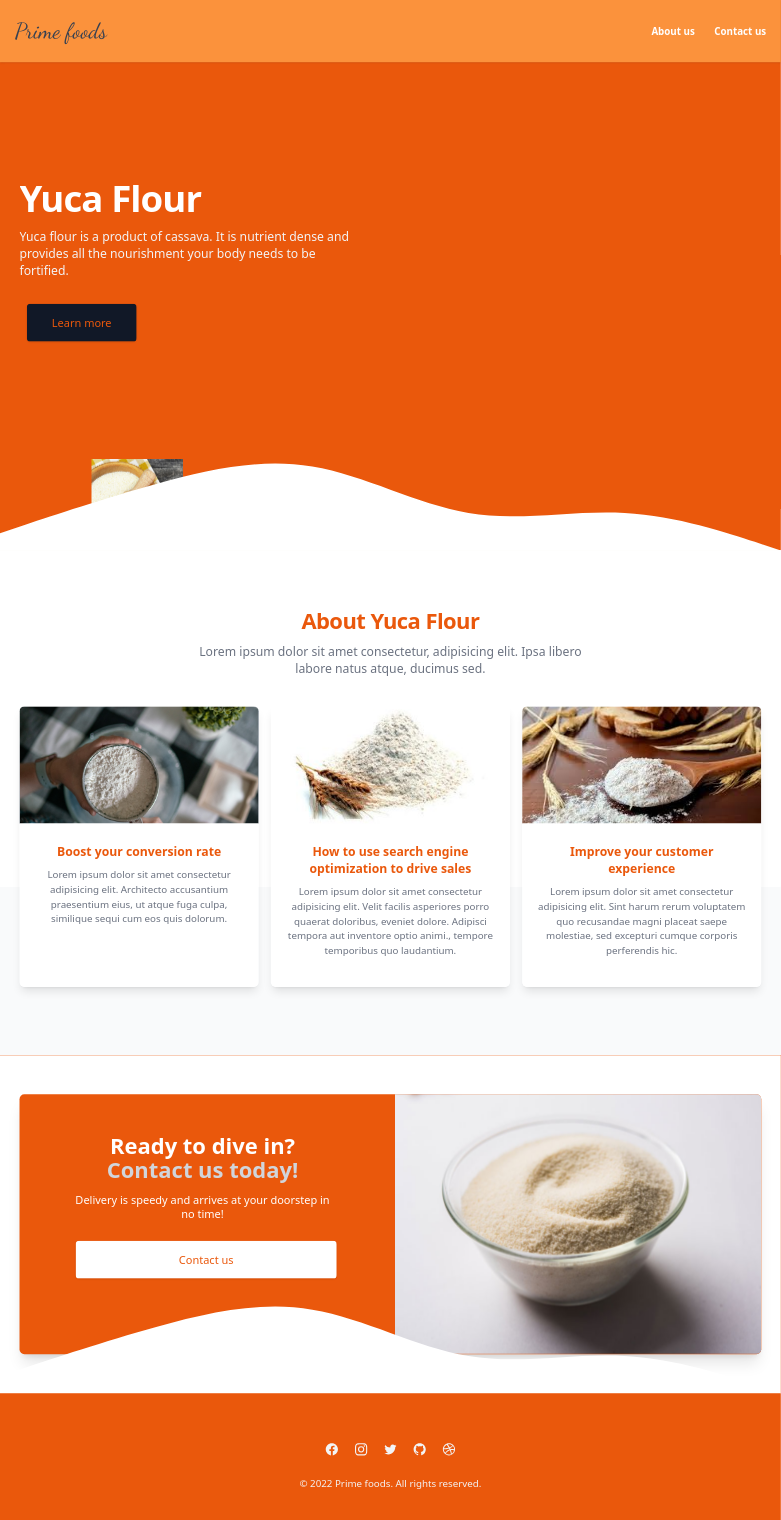
Repository: bellatrick/prime-foods
Page: /
These files come from the project's save history. The page is drawn as it stood at one moment and after the next save; the edit follows.
The browser window is 1280 px wide. The pictures show the whole page, at 61% of full size.
Some web fonts or font styles are not loaded; a fallback is used. The project was rebuilt for these pictures with package versions that can differ from the ones it lists, and the page was loaded fresh each time.

Above is the page before, as saved 2022-04-30 23:04:55.

### public/index.html
<!DOCTYPE html>
<html lang="en">
  <head>
    <meta charset="utf-8" />
    <link rel="icon" href="%PUBLIC_URL%/favicon.ico" />
    <meta name="viewport" content="width=device-width, initial-scale=1" />
    <meta name="theme-color" content="#000000" />
    <meta
      name="description"
      content="Web site created using create-react-app"
    />
    <link rel="apple-touch-icon" href="%PUBLIC_URL%/logo192.png" />
    <link rel="preconnect" href="https://fonts.googleapis.com" />
    <link rel="preconnect" href="https://fonts.gstatic.com" crossorigin />
    <link
      href="https://fonts.googleapis.com/css2?family=Dancing+Script:wght@400;500;600;700&family=Inter:wght@100;200;300;400;500;700;900&family=Kavoon&display=swap"
      rel="stylesheet"
    />
    <!--
      manifest.json provides metadata used when your web app is installed on a
      user's mobile device or desktop. See https://developers.google.com/web/fundamentals/web-app-manifest/
    -->
    <link rel="manifest" href="%PUBLIC_URL%/manifest.json" />
    <!--
      Notice the use of %PUBLIC_URL% in the tags above.
      It will be replaced with the URL of the `public` folder during the build.
      Only files inside the `public` folder can be referenced from the HTML.

      Unlike "/favicon.ico" or "favicon.ico", "%PUBLIC_URL%/favicon.ico" will
      work correctly both with client-side routing and a non-root public URL.
      Learn how to configure a non-root public URL by running `npm run build`.
    -->
    <title>React App</title>
  </head>
  <body>
    <noscript>You need to enable JavaScript to run this app.</noscript>
    <div id="root"></div>
    <!--
      This HTML file is a template.
      If you open it directly in the browser, you will see an empty page.

      You can add webfonts, meta tags, or analytics to this file.
      The build step will place the bundled scripts into the <body> tag.

      To begin the development, run `npm start` or `yarn start`.
      To create a production bundle, use `npm run build` or `yarn build`.
    -->
  </body>
</html>

### src/App.js
import Hero from './components/Hero'
import Features from './components/Features'
import Cta from './components/Cta'
import Footer from './components/Footer'
import './App.css';

function App() {
  return (
    <div className="App">
     <Hero/>
     <Features/>
     <Cta/>
     <Footer/>
    </div>
  );
}

export default App;

### src/components/Hero.jsx
/* This example requires Tailwind CSS v2.0+ */
import { Fragment } from "react";
//import Carousel from "react-material-ui-carousel";
import { Popover, Transition } from "@headlessui/react";
import img1 from "../assets/img10.jpg";
import img2 from "../assets/img1.jpg";
import Fade from "react-reveal/Fade";
import makeCarousel from "react-reveal/makeCarousel";
import Slide from "react-reveal/Slide";
import styled from "styled-components";

const images = [img1, img2];

const Container = styled.div`
  position: relative;
  overflow: hidden;
  width: 300px;
  height: 150px;
`;
const CarouselUI = ({ children }) => <Container>{children}</Container>;
const Carousel = makeCarousel(CarouselUI);
export default function Example() {
  return (
    <div className="relative bg-orange-600">
      <Popover className="relative bg-orange-400 shadow">
        <div className="max-w-7xl mx-auto px-4 sm:px-6">
          <div className="flex justify-between items-center py-6 md:justify-start md:space-x-10">
            <div className="flex justify-start lg:w-0 lg:flex-1">
              <p className="text-[800] text-gray-700 text-[36px] font-logo">
                Prime foods
              </p>
            </div>
            <div className="flex gap-8 text-white font-bold cursor-pointer  ">
              <p className="hover:text-gray-400">About us</p>
              <p className="hover:text-gray-400">Contact us</p>
            </div>
          </div>
        </div>
      </Popover>

      <main className="lg:relative">
        <div className="mx-auto max-w-7xl w-full pt-16 pb-20 text-center lg:py-48 lg:text-left">
          <div className="px-4 lg:w-1/2 sm:px-8 xl:pr-16">
            <Fade left>
              <h1 className="text-4xl tracking-tight font-extrabold text-white sm:text-5xl md:text-6xl lg:text-5xl xl:text-6xl">
                <span className="block xl:inline">Yuca Flour</span>{" "}
              </h1>
            </Fade>
            <Fade right>
              <p className="mt-3 max-w-md mx-auto text-lg text-gray-100 sm:text-xl md:mt-5 md:max-w-3xl">
                Yuca flour is a product of cassava. It is nutrient dense and
                provides all the nourishment your body needs to be fortified.
              </p>
            </Fade>
            <Fade top>
              <div className="mt-10 sm:flex sm:justify-center lg:justify-start">
                <div className="mt-3 rounded-md shadow sm:mt-0 sm:ml-3">
                  <a
                    href="#about-us"
                    className="w-full flex items-center justify-center px-8 py-3 border border-transparent text-base font-medium rounded-md bg-gray-900 text-orange-600 hover:bg-gray-700 cursor-pointer md:py-4 md:text-lg md:px-10"
                  >
                    Learn more
                  </a>
                </div>
              </div>
            </Fade>
          </div>
        </div>

        <Fade bottom>
          <Carousel defaultWait={1000}>
            {images.map((image, i) => (
              <Slide key={i} right>
                <div className="relative w-full h-64 sm:h-72 md:h-96 lg:absolute lg:inset-y-0 lg:right-0 lg:w-1/2 lg:h-full">
                  <img
                    className="absolute inset-0 w-full h-full object-cover"
                    src={image}
                    alt=""
                  />
                </div>
              </Slide>
            ))}
          </Carousel>
        </Fade>
      </main>
      <div className="absolute bottom-0 left-0 right-0 w-full">
        <svg xmlns="http://www.w3.org/2000/svg" viewBox="0 0 1440 320">
          <path
            fill="#fff"
            fill-opacity="1"
            d="M0,288L48,272C96,256,192,224,288,197.3C384,171,480,149,576,165.3C672,181,768,235,864,250.7C960,267,1056,245,1152,250.7C1248,256,1344,288,1392,304L1440,320L1440,320L1392,320C1344,320,1248,320,1152,320C1056,320,960,320,864,320C768,320,672,320,576,320C480,320,384,320,288,320C192,320,96,320,48,320L0,320Z"
          ></path>
        </svg>
      </div>
    </div>
  );
}

### src/components/Features.jsx
import img1 from "../assets/img2.jpg";
import img2 from "../assets/img3.png";
import img3 from "../assets/img4.jfif";
import Zoom from "react-reveal/Zoom";
const posts = [
  {
    title: "Boost your conversion rate",
    href: "#",
    category: { name: "Article", href: "#" },
    description:
      "Lorem ipsum dolor sit amet consectetur adipisicing elit. Architecto accusantium praesentium eius, ut atque fuga culpa, similique sequi cum eos quis dolorum.",
    date: "Mar 16, 2020",
    datetime: "2020-03-16",
    imageUrl: img2,
    readingTime: "6 min",
  },
  {
    title: "How to use search engine optimization to drive sales",
    href: "#",
    category: { name: "Video", href: "#" },
    description:
      "Lorem ipsum dolor sit amet consectetur adipisicing elit. Velit facilis asperiores porro quaerat doloribus, eveniet dolore. Adipisci tempora aut inventore optio animi., tempore temporibus quo laudantium.",
    date: "Mar 10, 2020",
    datetime: "2020-03-10",
    imageUrl: img1,
    readingTime: "4 min",
  },
  {
    title: "Improve your customer experience",
    href: "#",
    category: { name: "Case Study", href: "#" },
    description:
      "Lorem ipsum dolor sit amet consectetur adipisicing elit. Sint harum rerum voluptatem quo recusandae magni placeat saepe molestiae, sed excepturi cumque corporis perferendis hic.",
    date: "Feb 12, 2020",
    datetime: "2020-02-12",
    imageUrl: img3,
    readingTime: "11 min",
  },
];

export default function Example() {
  return (
    <div className="relative bg-gray-50 pt-16 pb-20 px-4 sm:px-6 lg:pt-24 lg:pb-28 lg:px-8">
      <div className="absolute inset-0">
        <div className="bg-white h-1/3 sm:h-2/3" />
      </div>
      <div className="relative max-w-7xl mx-auto">
        <div className="text-center">
          <h2 className="text-3xl tracking-tight font-extrabold text-orange-600 sm:text-4xl">
            About Yuca Flour
          </h2>
          <p className="mt-3 max-w-2xl mx-auto text-xl text-gray-500 sm:mt-4">
            Lorem ipsum dolor sit amet consectetur, adipisicing elit. Ipsa
            libero labore natus atque, ducimus sed.
          </p>
        </div>
        <>
          <div className="mt-12 max-w-lg mx-auto grid gap-5 lg:grid-cols-3 lg:max-w-none">
            {posts.map((post) => (
              <Zoom>
                <div
                  key={post.title}
                  className="flex flex-col rounded-lg shadow-lg overflow-hidden"
                >
                  <div className="flex-shrink-0">
                    <img
                      className="h-48 w-full object-cover"
                      src={post.imageUrl}
                      alt="feature img"
                    />
                  </div>
                  <div className="flex-1 bg-white p-6 flex flex-col justify-between">
                    <div className="flex-1">
                      <a href={post.href} className="block mt-2">
                        <p className="text-xl font-semibold text-orange-600">
                          {post.title}
                        </p>
                        <p className="mt-3 text-base text-gray-500">
                          {post.description}
                        </p>
                      </a>
                    </div>
                    <div className="mt-6 flex items-center"></div>
                  </div>
                </div>
              </Zoom>
            ))}
          </div>
        </>
      </div>
    </div>
  );
}

### src/components/Cta.jsx
import img1 from "../assets/img9.jpg";
import Slide from "react-reveal/Slide";
import Fade from "react-reveal/Fade";
export default function Example() {
  return (
    <div className="bg-white relative z-10">
      <div className="max-w-7xl mx-auto py-16 px-4 sm:px-6 lg:px-8">
        <div className="bg-orange-600 rounded-lg shadow-xl overflow-hidden lg:grid lg:grid-cols-2 lg:gap-4">
          <div className="pt-6 pb-12 px-6 sm:pt-10 sm:px-16 lg:py-16 lg:pr-0 xl:py-16 xl:px-20">
            <div className="lg:self-center">
              <h2 className="text-2xl font-extrabold text-white sm:text-4xl">
                <Fade top>
                  <span className="block">Ready to dive in?</span>
                </Fade>
                <Fade bottom>
                  {" "}
                  <span className="block text-gray-300">Contact us today!</span>
                </Fade>
              </h2>
              <Slide top>
                {" "}
                <p className="mt-4 text-lg leading-6 text-white">
                  Delivery is speedy and arrives at your doorstep in no time!
                </p>
              </Slide>
              <div className="mt-4 rounded-md shadow sm:mt-8 sm:ml-3 hover:bg-gray-200 cursor-pointer">
                <a
                  href="#about-us"
                  className="w-full flex items-center justify-center px-8 py-3 border border-transparent text-base font-medium rounded-md bg-white text-orange-600 hover:bg-gray-200 cursor-pointer md:py-4 md:text-lg md:px-10"
                >
                  Contact us
                </a>
              </div>
            </div>
          </div>{" "}
          <div className="-mt-6 aspect-w-5 aspect-h-3 md:aspect-w-2 md:aspect-h-1">
            <Slide right>
              <img
                className="transform translate-x-6 translate-y-6 rounded-md object-cover object-left-top sm:translate-x-16 lg:translate-y-20"
                src={img1}
                alt="App screenshot"
              />
            </Slide>
          </div>
        </div>
      </div>
      <div className="absolute bottom-0 left-0 right-0 w-full z-0">
        <svg xmlns="http://www.w3.org/2000/svg" viewBox="0 0 1440 320">
          <path
            fill="#fff"
            fill-opacity="1"
            d="M0,288L48,272C96,256,192,224,288,197.3C384,171,480,149,576,165.3C672,181,768,235,864,250.7C960,267,1056,245,1152,250.7C1248,256,1344,288,1392,304L1440,320L1440,320L1392,320C1344,320,1248,320,1152,320C1056,320,960,320,864,320C768,320,672,320,576,320C480,320,384,320,288,320C192,320,96,320,48,320L0,320Z"
          ></path>
        </svg>
      </div>
    </div>
  );
}

### src/components/Footer.jsx
/* This example requires Tailwind CSS v2.0+ */
const navigation = {
    social: [
      {
        name: 'Facebook',
        href: '#',
        icon: (props) => (
          <svg fill="currentColor" viewBox="0 0 24 24" {...props}>
            <path
              fillRule="evenodd"
              d="M22 12c0-5.523-4.477-10-10-10S2 6.477 2 12c0 4.991 3.657 9.128 8.438 9.878v-6.987h-2.54V12h2.54V9.797c0-2.506 1.492-3.89 3.777-3.89 1.094 0 2.238.195 2.238.195v2.46h-1.26c-1.243 0-1.63.771-1.63 1.562V12h2.773l-.443 2.89h-2.33v6.988C18.343 21.128 22 16.991 22 12z"
              clipRule="evenodd"
            />
          </svg>
        ),
      },
      {
        name: 'Instagram',
        href: '#',
        icon: (props) => (
          <svg fill="currentColor" viewBox="0 0 24 24" {...props}>
            <path
              fillRule="evenodd"
              d="M12.315 2c2.43 0 2.784.013 3.808.06 1.064.049 1.791.218 2.427.465a4.902 4.902 0 011.772 1.153 4.902 4.902 0 011.153 1.772c.247.636.416 1.363.465 2.427.048 1.067.06 1.407.06 4.123v.08c0 2.643-.012 2.987-.06 4.043-.049 1.064-.218 1.791-.465 2.427a4.902 4.902 0 01-1.153 1.772 4.902 4.902 0 01-1.772 1.153c-.636.247-1.363.416-2.427.465-1.067.048-1.407.06-4.123.06h-.08c-2.643 0-2.987-.012-4.043-.06-1.064-.049-1.791-.218-2.427-.465a4.902 4.902 0 01-1.772-1.153 4.902 4.902 0 01-1.153-1.772c-.247-.636-.416-1.363-.465-2.427-.047-1.024-.06-1.379-.06-3.808v-.63c0-2.43.013-2.784.06-3.808.049-1.064.218-1.791.465-2.427a4.902 4.902 0 011.153-1.772A4.902 4.902 0 015.45 2.525c.636-.247 1.363-.416 2.427-.465C8.901 2.013 9.256 2 11.685 2h.63zm-.081 1.802h-.468c-2.456 0-2.784.011-3.807.058-.975.045-1.504.207-1.857.344-.467.182-.8.398-1.15.748-.35.35-.566.683-.748 1.15-.137.353-.3.882-.344 1.857-.047 1.023-.058 1.351-.058 3.807v.468c0 2.456.011 2.784.058 3.807.045.975.207 1.504.344 1.857.182.466.399.8.748 1.15.35.35.683.566 1.15.748.353.137.882.3 1.857.344 1.054.048 1.37.058 4.041.058h.08c2.597 0 2.917-.01 3.96-.058.976-.045 1.505-.207 1.858-.344.466-.182.8-.398 1.15-.748.35-.35.566-.683.748-1.15.137-.353.3-.882.344-1.857.048-1.055.058-1.37.058-4.041v-.08c0-2.597-.01-2.917-.058-3.96-.045-.976-.207-1.505-.344-1.858a3.097 3.097 0 00-.748-1.15 3.098 3.098 0 00-1.15-.748c-.353-.137-.882-.3-1.857-.344-1.023-.047-1.351-.058-3.807-.058zM12 6.865a5.135 5.135 0 110 10.27 5.135 5.135 0 010-10.27zm0 1.802a3.333 3.333 0 100 6.666 3.333 3.333 0 000-6.666zm5.338-3.205a1.2 1.2 0 110 2.4 1.2 1.2 0 010-2.4z"
              clipRule="evenodd"
            />
          </svg>
        ),
      },
      {
        name: 'Twitter',
        href: '#',
        icon: (props) => (
          <svg fill="currentColor" viewBox="0 0 24 24" {...props}>
            <path d="M8.29 20.251c7.547 0 11.675-6.253 11.675-11.675 0-.178 0-.355-.012-.53A8.348 8.348 0 0022 5.92a8.19 8.19 0 01-2.357.646 4.118 4.118 0 001.804-2.27 8.224 8.224 0 01-2.605.996 4.107 4.107 0 00-6.993 3.743 11.65 11.65 0 01-8.457-4.287 4.106 4.106 0 001.27 5.477A4.072 4.072 0 012.8 9.713v.052a4.105 4.105 0 003.292 4.022 4.095 4.095 0 01-1.853.07 4.108 4.108 0 003.834 2.85A8.233 8.233 0 012 18.407a11.616 11.616 0 006.29 1.84" />
          </svg>
        ),
      },
      {
        name: 'GitHub',
        href: '#',
        icon: (props) => (
          <svg fill="currentColor" viewBox="0 0 24 24" {...props}>
            <path
              fillRule="evenodd"
              d="M12 2C6.477 2 2 6.484 2 12.017c0 4.425 2.865 8.18 6.839 9.504.5.092.682-.217.682-.483 0-.237-.008-.868-.013-1.703-2.782.605-3.369-1.343-3.369-1.343-.454-1.158-1.11-1.466-1.11-1.466-.908-.62.069-.608.069-.608 1.003.07 1.531 1.032 1.531 1.032.892 1.53 2.341 1.088 2.91.832.092-.647.35-1.088.636-1.338-2.22-.253-4.555-1.113-4.555-4.951 0-1.093.39-1.988 1.029-2.688-.103-.253-.446-1.272.098-2.65 0 0 .84-.27 2.75 1.026A9.564 9.564 0 0112 6.844c.85.004 1.705.115 2.504.337 1.909-1.296 2.747-1.027 2.747-1.027.546 1.379.202 2.398.1 2.651.64.7 1.028 1.595 1.028 2.688 0 3.848-2.339 4.695-4.566 4.943.359.309.678.92.678 1.855 0 1.338-.012 2.419-.012 2.747 0 .268.18.58.688.482A10.019 10.019 0 0022 12.017C22 6.484 17.522 2 12 2z"
              clipRule="evenodd"
            />
          </svg>
        ),
      },
      {
        name: 'Dribbble',
        href: '#',
        icon: (props) => (
          <svg fill="currentColor" viewBox="0 0 24 24" {...props}>
            <path
              fillRule="evenodd"
              d="M12 2C6.48 2 2 6.48 2 12s4.48 10 10 10c5.51 0 10-4.48 10-10S17.51 2 12 2zm6.605 4.61a8.502 8.502 0 011.93 5.314c-.281-.054-3.101-.629-5.943-.271-.065-.141-.12-.293-.184-.445a25.416 25.416 0 00-.564-1.236c3.145-1.28 4.577-3.124 4.761-3.362zM12 3.475c2.17 0 4.154.813 5.662 2.148-.152.216-1.443 1.941-4.48 3.08-1.399-2.57-2.95-4.675-3.189-5A8.687 8.687 0 0112 3.475zm-3.633.803a53.896 53.896 0 013.167 4.935c-3.992 1.063-7.517 1.04-7.896 1.04a8.581 8.581 0 014.729-5.975zM3.453 12.01v-.26c.37.01 4.512.065 8.775-1.215.25.477.477.965.694 1.453-.109.033-.228.065-.336.098-4.404 1.42-6.747 5.303-6.942 5.629a8.522 8.522 0 01-2.19-5.705zM12 20.547a8.482 8.482 0 01-5.239-1.8c.152-.315 1.888-3.656 6.703-5.337.022-.01.033-.01.054-.022a35.318 35.318 0 011.823 6.475 8.4 8.4 0 01-3.341.684zm4.761-1.465c-.086-.52-.542-3.015-1.659-6.084 2.679-.423 5.022.271 5.314.369a8.468 8.468 0 01-3.655 5.715z"
              clipRule="evenodd"
            />
          </svg>
        ),
      },
    ],
  }

  export default function Example() {
    return (
      <footer className="bg-orange-600">
        <div className="max-w-7xl mx-auto py-12 px-4 overflow-hidden sm:px-6 lg:px-8">
          <div className="mt-8 flex justify-center space-x-6">
            {navigation.social.map((item) => (
              <a key={item.name} href={item.href} className="text-gray-100 hover:text-gray-200">
                <span className="sr-only">{item.name}</span>
                <item.icon className="h-6 w-6" aria-hidden="true" />
              </a>
            ))}
          </div>
          <p className="mt-8 text-center text-base text-gray-100">&copy; 2022 Prime foods. All rights reserved.</p>
        </div>
      </footer>
    )
  }

### tailwind.config.js
module.exports = {
  content: ["./src/**/*.{js,jsx,ts,tsx}"],
  theme: {
    extend: {
      colors: {
        primary: "#do380c",
      },
      fontFamily: {
        body: ["Inter", "sans-serif"],
        logo: ["Dancing Script", "cursive"],
      },
    },
  },
  plugins: [],
};

Loaded but not shown: src/index.js (common file); src/index.css (common file); src/reportWebVitals.js (common file); src/App.css (common file)

After the next save:
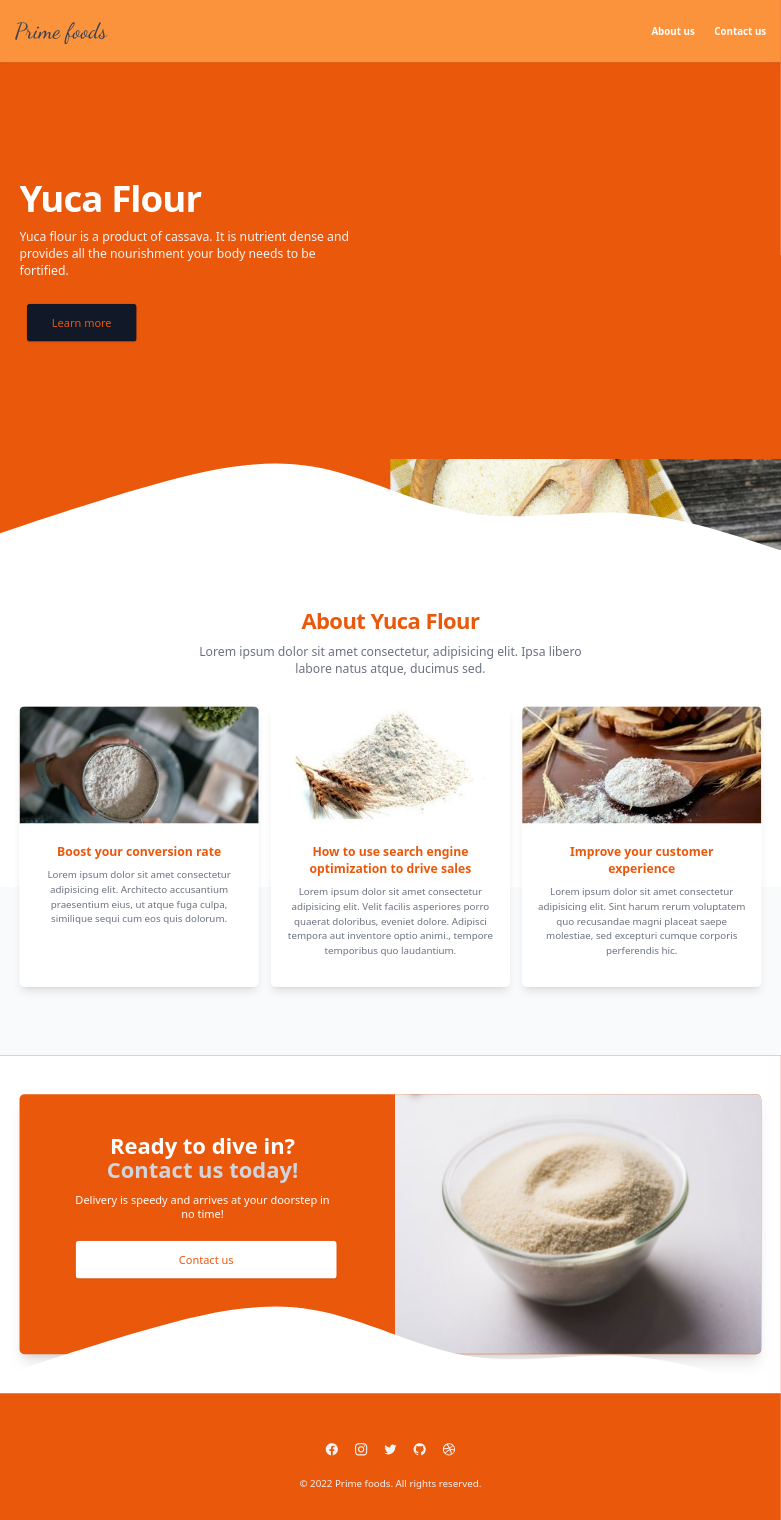
Saved 20 s later.
--- a/src/components/Hero.jsx
+++ b/src/components/Hero.jsx
@@ -12,8 +12,7 @@
 const images = [img1, img2];
 
 const Container = styled.div`
-  position: relative;
-  overflow: hidden;
+
   width: 300px;
   height: 150px;
 `;
